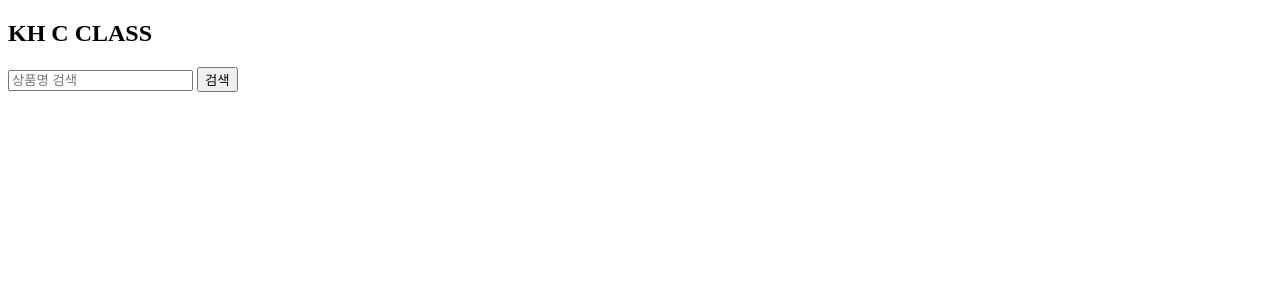
Repository: sim8191/ServletWorkspace
Page: http://localhost/03_test_1/board/board.jsp
These files come from the project's save history. The page is drawn as it stood at one moment and after the next save; the edit follows.
The browser window is 1280 px wide. The pictures show the whole page.
The page is served by Tomcat 9.

Above is the page before, as saved 2026-02-23 08:13:32.

After the next save:
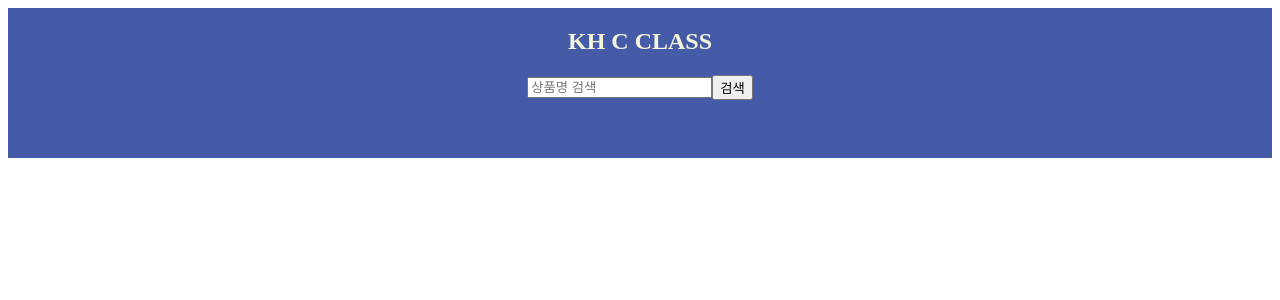
Saved 2 min 31 s later.
--- a/03_test_1/src/main/webapp/board/board.jsp
+++ b/03_test_1/src/main/webapp/board/board.jsp
@@ -5,6 +5,27 @@
 <head>
 <meta charset="UTF-8">
 <title>Insert title here</title>
+<style type="text/css">
+*{
+    box-sizing: border-box;
+}
+#header{
+    background-color: #455ba8;
+    color: beige;
+    height: 150px;
+
+}
+#header > div:nth-child(1){
+    display: flex;
+    justify-content: center;
+    align-items: center;
+}
+#header > div:nth-child(2){
+    display: flex;
+    justify-content: center;
+    align-items: center;
+}
+</style>
 </head>
 <body>
 	<div id="container">
